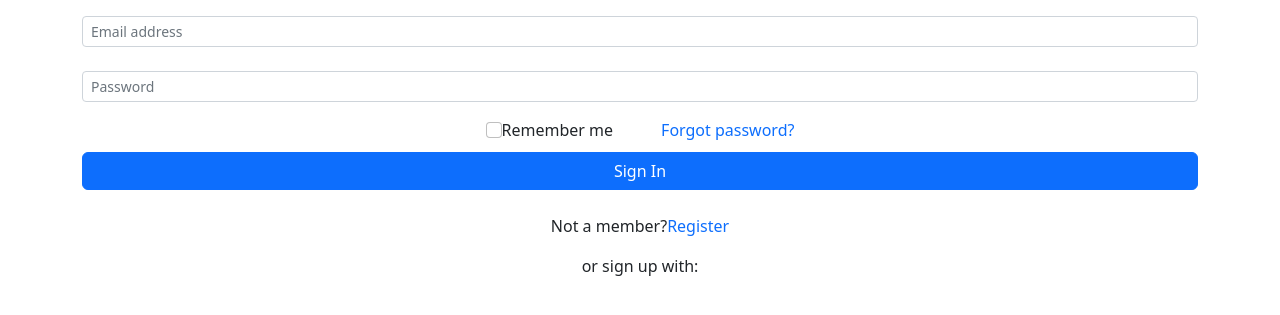
Repository: NPhanA/React2022
Page: / (app in Day 03-React/exercise/)
These files come from the project's save history. The page is drawn as it stood at one moment and after the next save; the edit follows.
The browser window is 1280 px wide. The pictures show the whole page.
The project was rebuilt for these pictures with package versions that can differ from the ones it lists, and the page was loaded fresh each time. Also part of the build but not shown: Day 03-React/exercise/src/App.css, Day 03-React/exercise/src/App.js, Day 03-React/exercise/src/Components/UserAgent.js, Day 03-React/exercise/src/Components/ProfileCard.js.

Above is the page before, as saved 2022-07-26 22:37:41.

After the next save:
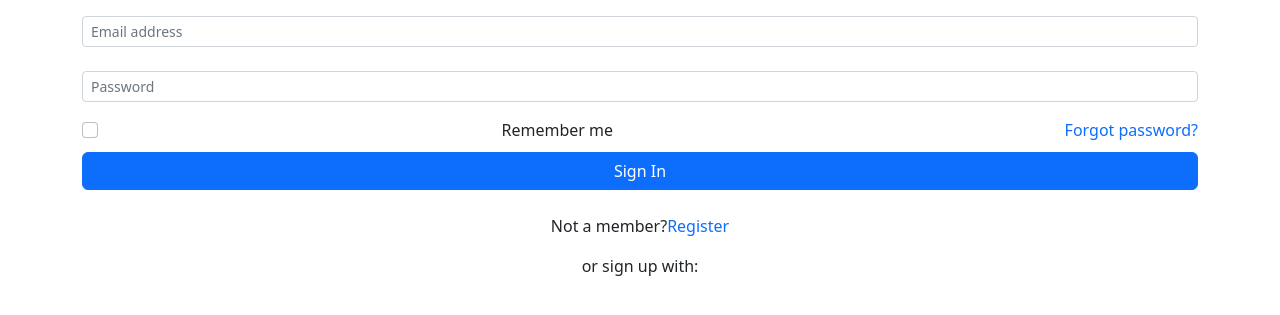
Saved 39 s later.
--- a/Day 03-React/exercise/src/Components/SignInForm.js
+++ b/Day 03-React/exercise/src/Components/SignInForm.js
@@ -8,7 +8,7 @@ function SignInForm() {
                         <input type="email" className="form-control form-control-sm mt-3 mb-4" placeholder="Email address" required></input>
                         <input type="password" className="form-control form-control-sm" placeholder="Password" required></input>
                     </div>
-                    <div class="form-check mt-3 d-flex justify-content-center ">
+                    <div class="form-check mt-3 d-flex justify-content-between ">
                         <input className="form-check-input" type="checkbox" value="" id="flexCheckDefault"></input>
                         <label class="form-check-label" for="flexCheckDefault">
                             Remember me
